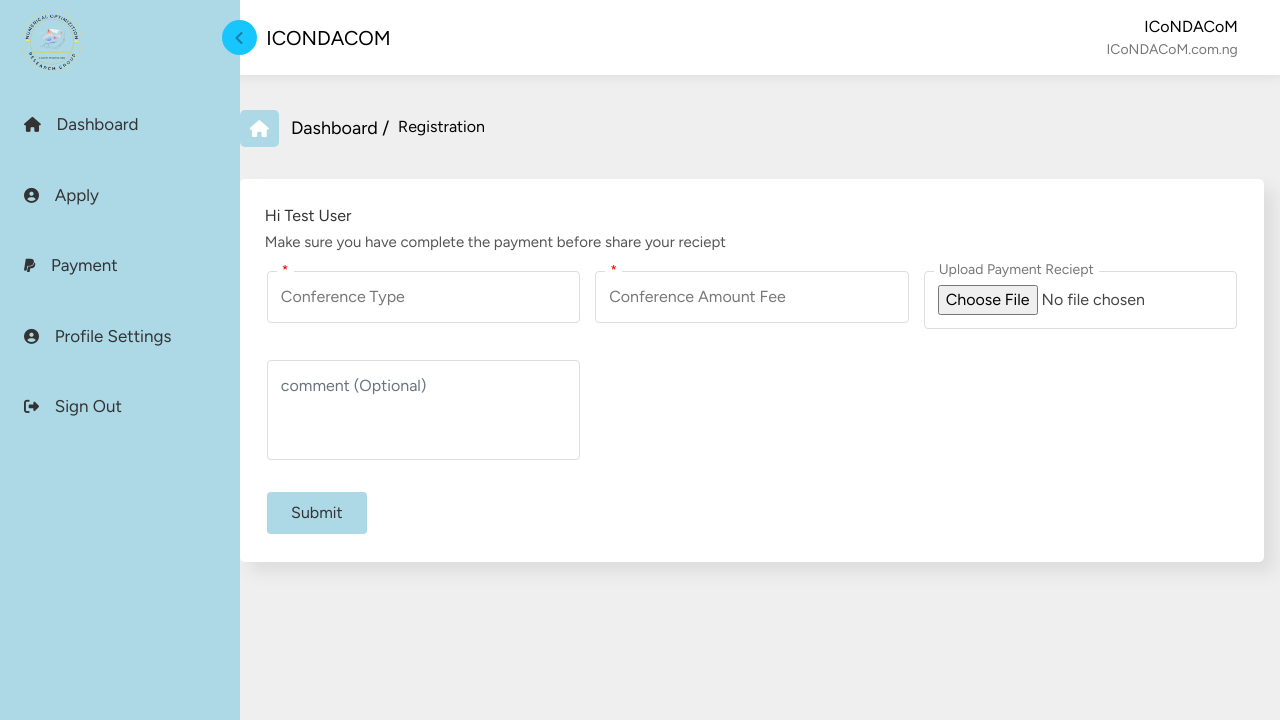
Repository: mrcode-gmb/aa-lectturn
Page: http://localhost/payment/user
An editor plug-in stored every save of this project. The page is shown before and after the next save, followed by the edit.
The browser window is 1280 px wide. The pictures show the whole page.
The page is served by the project's Laravel application, run on PHP 8.4 with Laravel 10. A made-up administrator, Test User (test@example.com), is signed in. Queries for data that is not in the repository find no rows.

Above is the page before, as saved 2024-12-22 15:35:50.

After the next save:
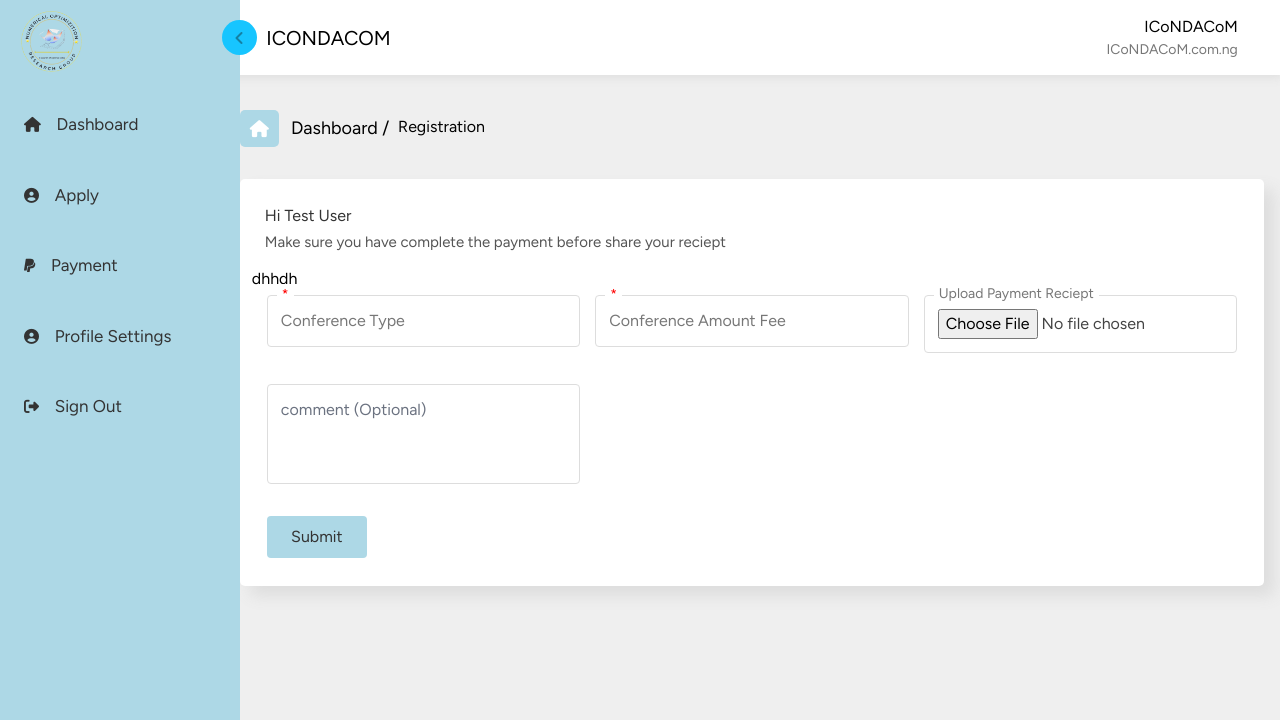
Saved 2 min 9 s later.
--- a/resources/views/make-payment.blade.php
+++ b/resources/views/make-payment.blade.php
@@ -92,6 +92,7 @@
                                             <h3>Hi {{ Auth::user()->name }}</h3>
                                             <p>Make sure you have complete the payment before share your reciept</p>
                                         </div>
+                                        dhhdh
                                         <form class="form-apply mt-1" method="POST"
                                             action="{{ route('userPaymentPayment') }}" enctype="multipart/form-data">
                                             @csrf

After the save that followed:
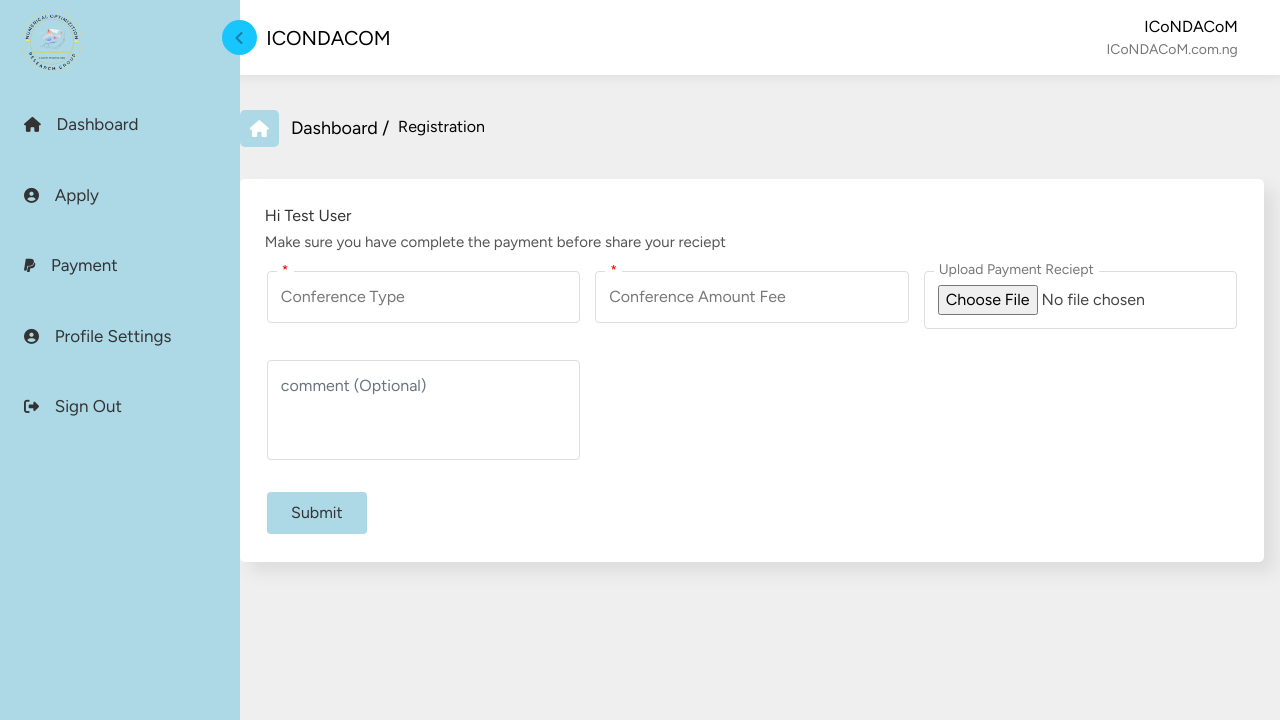
Saved 9 s later.
--- a/resources/views/make-payment.blade.php
+++ b/resources/views/make-payment.blade.php
@@ -92,7 +92,7 @@
                                             <h3>Hi {{ Auth::user()->name }}</h3>
                                             <p>Make sure you have complete the payment before share your reciept</p>
                                         </div>
-                                        dhhdh
+
                                         <form class="form-apply mt-1" method="POST"
                                             action="{{ route('userPaymentPayment') }}" enctype="multipart/form-data">
                                             @csrf
